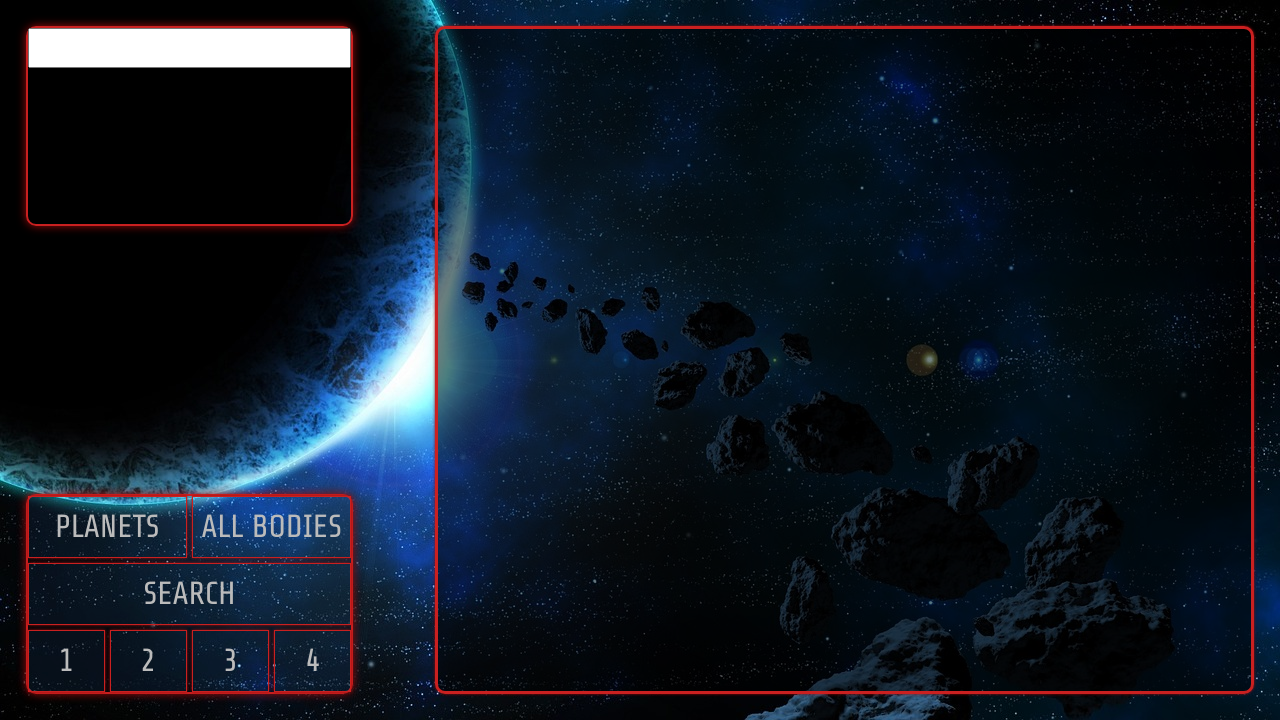
Repository: Przemek-Szadkowski/space-bodies
Page: /
An editor plug-in stored every save of this project. The page is shown before and after the next save, followed by the edit.
The browser window is 1280 px wide. The pictures show the whole page.
The page's requests for data from a server got no answer. The project was rebuilt for these pictures with package versions that can differ from the ones it lists, and the page was loaded fresh each time. No one was signed in, and anything a server would have sent is missing. Also part of the build but not shown: src/components/BodieRecord.js.

Above is the page before, as saved 2021-11-27 14:05:22.

After the next save:
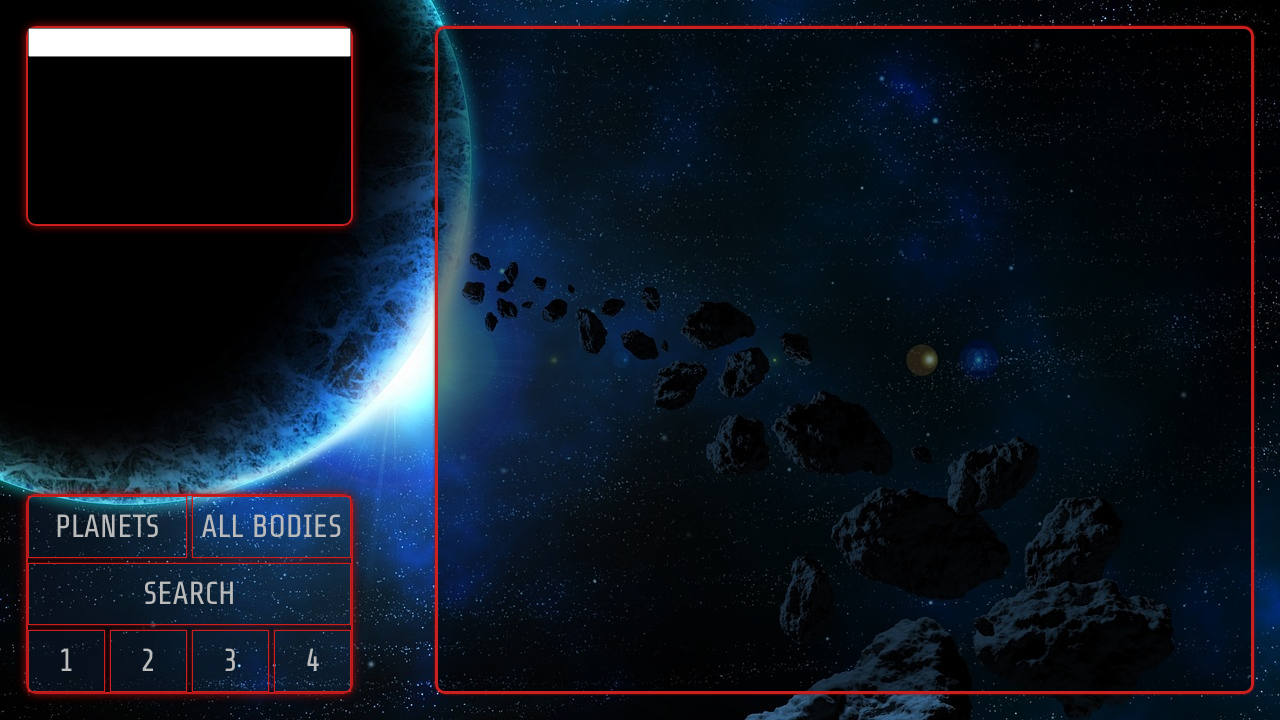
Saved 6 s later.
--- a/src/index.css
+++ b/src/index.css
@@ -158,5 +158,5 @@ main {
 }
 
 .search input {
-  height: 40px;
+  height: 15%;
 }
